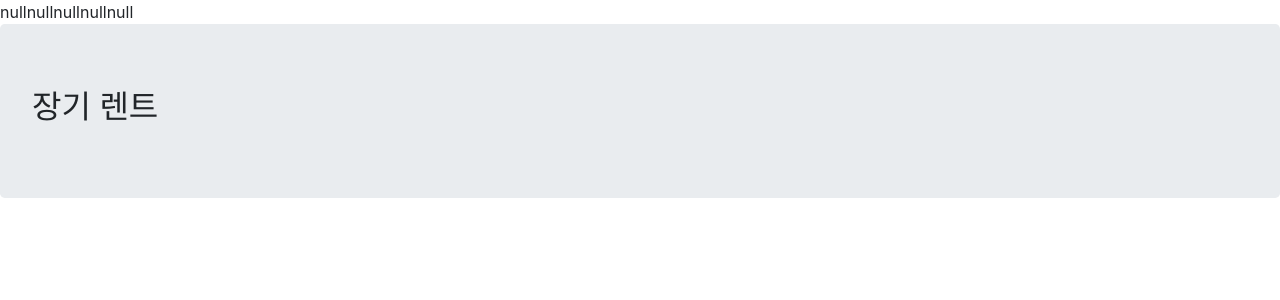
Repository: hyebinkim00/Project
Page: http://localhost/jsp/long_lent_oldcar/NewFile.jsp
These files come from the project's save history. The page is drawn as it stood at one moment and after the next save; the edit follows.
The browser window is 1280 px wide. The pictures show the whole page.
The page is served by Tomcat 9. Queries for data that is not in the repository find no rows.

Above is the page before, as saved 2020-09-15 15:05:00.

After the next save:
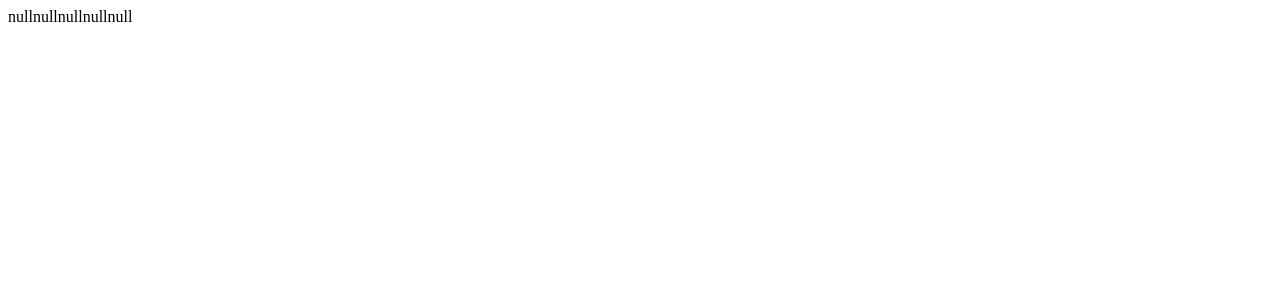
Saved 61 s later.
--- a/jsp/WebContent/long_lent_oldcar/NewFile.jsp
+++ b/jsp/WebContent/long_lent_oldcar/NewFile.jsp
@@ -13,39 +13,3 @@ String lent3 =request.getParameter("cntrTermMm3");
 String lent4 =request.getParameter("cntrTermMm4");
 %>
 <%=id%><%=lent1%><%=lent2%><%=lent3%><%=lent4%>
-
-<!DOCTYPE html>
-<html>
-<head>
-
-<meta charset="UTF-8">
-  <meta name="viewport" content="width=device-width, initial-scale=1">
-  <script src="https://ajax.googleapis.com/ajax/libs/jquery/3.5.1/jquery.min.js"></script>
-
-  <script src="https://cdnjs.cloudflare.com/ajax/libs/popper.js/1.16.0/umd/popper.min.js"></script>
-  <script src="https://maxcdn.bootstrapcdn.com/bootstrap/4.5.2/js/bootstrap.min.js"></script>
-  <link rel="stylesheet" href="./resources/css/bootstrap.min.css" />
-
-<title>중고차 장기 렌트</title>
-</head>
-<body>
-
-<div class="jumbotron"><h2>장기 렌트</h2></div>
-
-<div class="container">
-
- <sql:setDataSource var="dataSource"
-			url="jdbc:oracle:thin:@localhost:1521:XE"
-			driver="oracle.jdbc.driver.OracleDriver"
-			user="hr" password="hr"/>
-
-	<sql:update dataSource="${dataSource}" var="resultSet">
-	Insert into  lent()
-	</sql:update>
-
-
-</div>
-
-
-</body>
-</html>

After the save that followed:
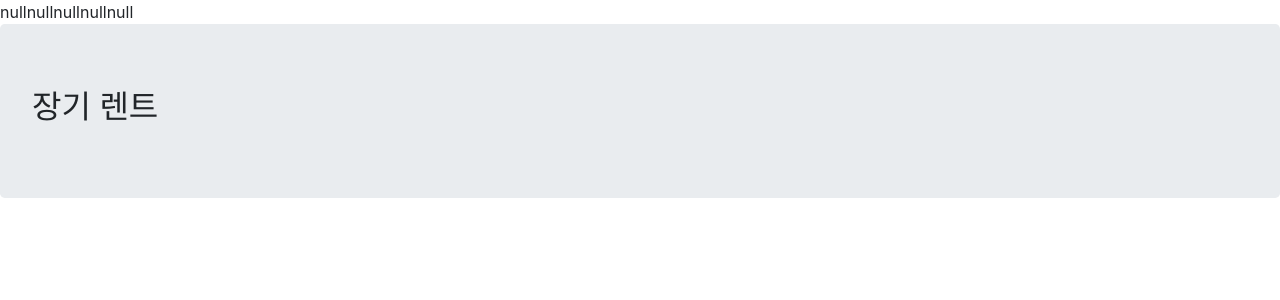
Saved 6 min 25 s later.
--- a/jsp/WebContent/long_lent_oldcar/NewFile.jsp
+++ b/jsp/WebContent/long_lent_oldcar/NewFile.jsp
@@ -11,5 +11,48 @@ String lent1 =request.getParameter("cntrTermMm1");
 String lent2 =request.getParameter("cntrTermMm2");
 String lent3 =request.getParameter("cntrTermMm3");
 String lent4 =request.getParameter("cntrTermMm4");
+String lent5 =request.getParameter("cntrTermMm4");
 %>
 <%=id%><%=lent1%><%=lent2%><%=lent3%><%=lent4%>
+
+<!DOCTYPE html>
+<html>
+<head>
+
+<meta charset="UTF-8">
+  <meta name="viewport" content="width=device-width, initial-scale=1">
+  <script src="https://ajax.googleapis.com/ajax/libs/jquery/3.5.1/jquery.min.js"></script>
+
+  <script src="https://cdnjs.cloudflare.com/ajax/libs/popper.js/1.16.0/umd/popper.min.js"></script>
+  <script src="https://maxcdn.bootstrapcdn.com/bootstrap/4.5.2/js/bootstrap.min.js"></script>
+  <link rel="stylesheet" href="./resources/css/bootstrap.min.css" />
+
+<title>중고차 장기 렌트</title>
+</head>
+<body>
+
+<div class="jumbotron"><h2>장기 렌트</h2></div>
+
+<div class="container">
+
+ <sql:setDataSource var="dataSource"
+			url="jdbc:oracle:thin:@localhost:1521:XE"
+			driver="oracle.jdbc.driver.OracleDriver"
+			user="hr" password="hr"/>
+
+	<sql:update dataSource="${dataSource}" var="resultSet">
+	Insert into  lent(car_num,lent_term,insurance,lent_car,service) values (?,?,?,?,?,?)
+	<sql:param value="${param.id }" />
+	<sql:param value="${param.cntrTermMm1 }" />
+	<sql:param value="${param.cntrTermMm2 }" />
+	<sql:param value="${param.cntrTermMm3 }" />
+	<sql:param value="${param.cntrTermMm4 }" />
+	<sql:param value="${param.cntrTermMm5 }" />
+</sql:update>
+
+
+</div>
+
+
+</body>
+</html>
